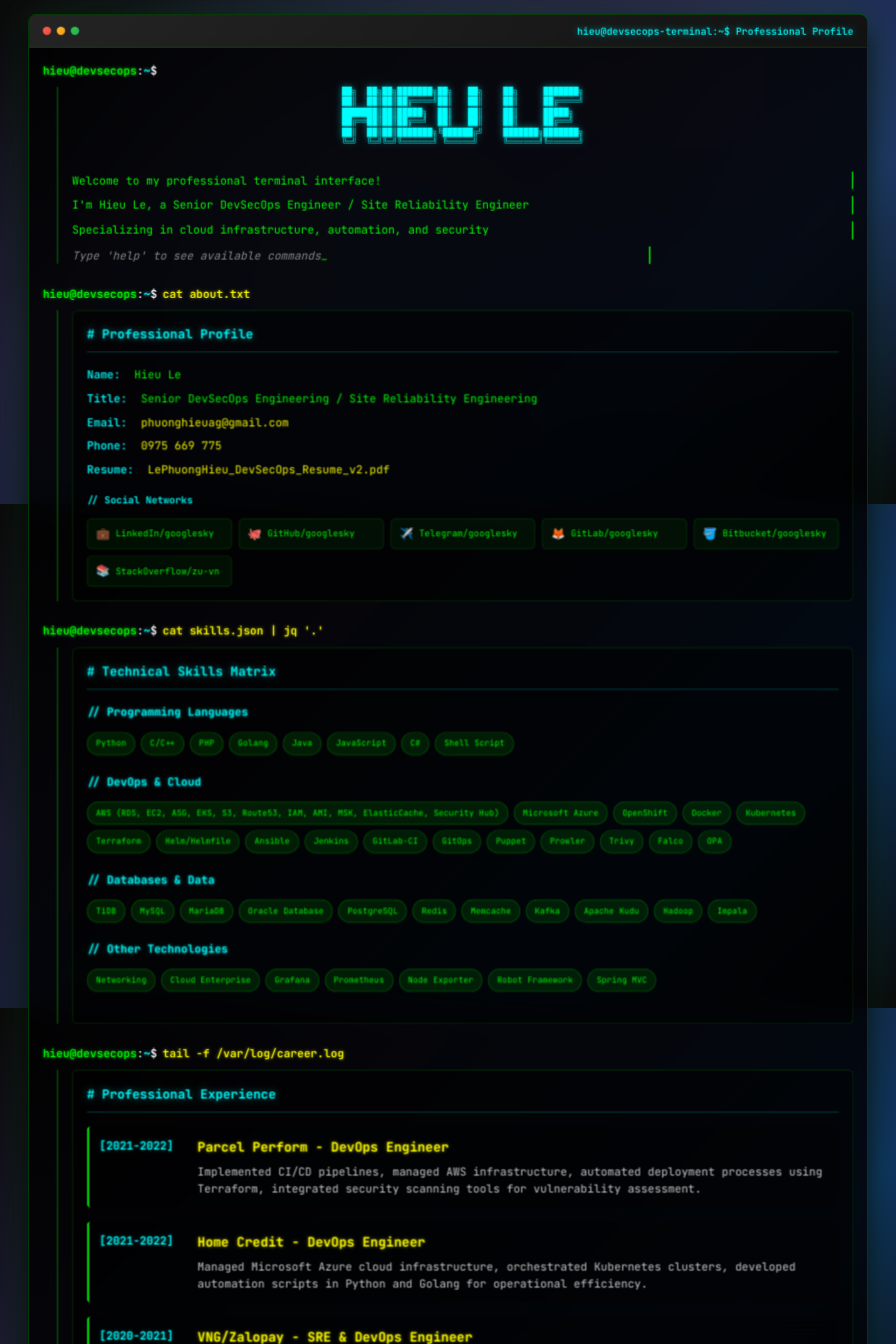
Repository: googlesky/googlesky.github.io
Page: index.html
An editor plug-in stored every save of this project. The page is shown before and after the next save, followed by the edit.
The browser window is 1280 px wide. The pictures show the part of the page from y = 0 to 1920 px (the page is 3366 px tall before and 3400 px after), at 70% of full size.
Backgrounds fixed to the window are drawn as part of the page.

Above is the page before, as saved 2025-06-07 16:14:46.

### index.html
<!DOCTYPE html>
<html lang="en">
<head>
    <meta charset="UTF-8">
    <meta name="viewport" content="width=device-width, initial-scale=1.0">
    <title>Hieu Le - Senior DevSecOps / SRE Engineer</title>
    <meta name="description" content="Hieu Le - Senior DevSecOps Engineering / Site Reliability Engineering professional with expertise in AWS, Kubernetes, Python, and cloud infrastructure.">
    <meta name="keywords" content="DevSecOps, SRE, Site Reliability Engineering, AWS, Kubernetes, Python, Docker, Terraform, CI/CD">
    <link rel="stylesheet" href="style.css">
    <link rel="preconnect" href="https://fonts.googleapis.com">
    <link rel="preconnect" href="https://fonts.gstatic.com" crossorigin>
    <link href="https://fonts.googleapis.com/css2?family=JetBrains+Mono:wght@300;400;500;600;700&display=swap" rel="stylesheet">
</head>
<body>
    <div class="terminal-container">
        <!-- Terminal Window Header -->
        <div class="terminal-header">
            <div class="terminal-controls">
                <span class="control close"></span>
                <span class="control minimize"></span>
                <span class="control maximize"></span>
            </div>
            <div class="terminal-title">hieu@devsecops-terminal:~$ Professional Profile</div>
        </div>

        <!-- Terminal Content -->
        <div class="terminal-content">
            <!-- Welcome Section -->
            <section id="welcome" class="terminal-section">
                <div class="prompt">
                    <span class="user">hieu@devsecops</span><span class="separator">:</span><span class="path">~</span><span class="dollar">$</span>
                </div>
                <div class="command-output">
                    <pre class="ascii-art">
██╗  ██╗██╗███████╗██╗   ██╗    ██╗     ███████╗
██║  ██║██║██╔════╝██║   ██║    ██║     ██╔════╝
███████║██║█████╗  ██║   ██║    ██║     █████╗
██╔══██║██║██╔══╝  ██║   ██║    ██║     ██╔══╝
██║  ██║██║███████╗╚██████╔╝    ███████╗███████╗
╚═╝  ╚═╝╚═╝╚══════╝ ╚═════╝     ╚══════╝╚══════╝
                    </pre>
                    <div class="typing-text">
                        <p>Welcome to my professional terminal interface!</p>
                        <p>I'm Hieu Le, a Senior DevSecOps Engineer / Site Reliability Engineer</p>
                        <p>Specializing in cloud infrastructure, automation, and security</p>
                        <p class="hint">Type 'help' to see available commands<span class="cursor">_</span></p>
                    </div>
                </div>
            </section>

            <!-- About Section -->
            <section id="about" class="terminal-section">
                <div class="prompt">
                    <span class="user">hieu@devsecops</span><span class="separator">:</span><span class="path">~</span><span class="dollar">$</span>
                    <span class="command">cat about.txt</span>
                </div>
                <div class="command-output">
                    <div class="info-card">
                        <h2 class="section-title"># Professional Profile</h2>
                        <div class="profile-info">
                            <p><span class="label">Name:</span> Hieu Le</p>
                            <p><span class="label">Title:</span> Senior DevSecOps Engineering / Site Reliability Engineering</p>
                            <p><span class="label">Email:</span> <a href="mailto:phuonghieuag@gmail.com">phuonghieuag@gmail.com</a></p>
                            <p><span class="label">Phone:</span> <a href="tel:+84975669775">0975 669 775</a></p>
                            <p><span class="label">Resume:</span> <a href="LePhuongHieu_DevSecOps_Resume_v2.pdf" target="_blank">LePhuongHieu_DevSecOps_Resume_v2.pdf</a></p>
                        </div>
                        <div class="social-links">
                            <h3>// Social Networks</h3>
                            <div class="social-grid">
                                <a href="https://linkedin.com/in/googlesky" target="_blank" class="social-link">
                                    <span class="social-icon">💼</span> LinkedIn/googlesky
                                </a>
                                <a href="https://github.com/googlesky" target="_blank" class="social-link">
                                    <span class="social-icon">🐙</span> GitHub/googlesky
                                </a>
                                <a href="https://t.me/googlesky" target="_blank" class="social-link">
                                    <span class="social-icon">✈️</span> Telegram/googlesky
                                </a>
                                <a href="https://gitlab.com/googlesky" target="_blank" class="social-link">
                                    <span class="social-icon">🦊</span> GitLab/googlesky
                                </a>
                                <a href="https://bitbucket.org/googlesky" target="_blank" class="social-link">
                                    <span class="social-icon">🪣</span> Bitbucket/googlesky
                                </a>
                                <a href="https://stackoverflow.com/users/9845363/zu-vn" target="_blank" class="social-link">
                                    <span class="social-icon">📚</span> StackOverflow/zu-vn
                                </a>
                            </div>
                        </div>
                    </div>
                </div>
            </section>

            <!-- Skills Section -->
            <section id="skills" class="terminal-section">
                <div class="prompt">
                    <span class="user">hieu@devsecops</span><span class="separator">:</span><span class="path">~</span><span class="dollar">$</span>
                    <span class="command">cat skills.json | jq '.'</span>
                </div>
                <div class="command-output">
                    <div class="skills-matrix">
                        <h2 class="section-title"># Technical Skills Matrix</h2>

                        <div class="skill-category">
                            <h3 class="category-title">// Programming Languages</h3>
                            <div class="skill-items">
                                <span class="skill-item">Python</span>
                                <span class="skill-item">C/C++</span>
                                <span class="skill-item">PHP</span>
                                <span class="skill-item">Golang</span>
                                <span class="skill-item">Java</span>
                                <span class="skill-item">JavaScript</span>
                                <span class="skill-item">C#</span>
                                <span class="skill-item">Shell Script</span>
                            </div>
                        </div>

                        <div class="skill-category">
                            <h3 class="category-title">// DevOps & Cloud</h3>
                            <div class="skill-items">
                                <span class="skill-item">AWS (RDS, EC2, ASG, EKS, S3, Route53, IAM, AMI, MSK, ElasticCache, Security Hub)</span>
                                <span class="skill-item">Microsoft Azure</span>
                                <span class="skill-item">OpenShift</span>
                                <span class="skill-item">Docker</span>
                                <span class="skill-item">Kubernetes</span>
                                <span class="skill-item">Terraform</span>
                                <span class="skill-item">Helm/Helmfile</span>
                                <span class="skill-item">Ansible</span>
                                <span class="skill-item">Jenkins</span>
                                <span class="skill-item">GitLab-CI</span>
                                <span class="skill-item">GitOps</span>
                                <span class="skill-item">Puppet</span>
                                <span class="skill-item">Prowler</span>
                                <span class="skill-item">Trivy</span>
                                <span class="skill-item">Falco</span>
                                <span class="skill-item">OPA</span>
                            </div>
                        </div>

                        <div class="skill-category">
                            <h3 class="category-title">// Databases & Data</h3>
                            <div class="skill-items">
                                <span class="skill-item">TiDB</span>
                                <span class="skill-item">MySQL</span>
                                <span class="skill-item">MariaDB</span>
                                <span class="skill-item">Oracle Database</span>
                                <span class="skill-item">PostgreSQL</span>
                                <span class="skill-item">Redis</span>
                                <span class="skill-item">Memcache</span>
                                <span class="skill-item">Kafka</span>
                                <span class="skill-item">Apache Kudu</span>
                                <span class="skill-item">Hadoop</span>
                                <span class="skill-item">Impala</span>
                            </div>
                        </div>

                        <div class="skill-category">
                            <h3 class="category-title">// Other Technologies</h3>
                            <div class="skill-items">
                                <span class="skill-item">Networking</span>
                                <span class="skill-item">Cloud Enterprise</span>
                                <span class="skill-item">Grafana</span>
                                <span class="skill-item">Prometheus</span>
                                <span class="skill-item">Node Exporter</span>
                                <span class="skill-item">Robot Framework</span>
                                <span class="skill-item">Spring MVC</span>
                            </div>
                        </div>
                    </div>
                </div>
            </section>

            <!-- Experience Section -->
            <section id="experience" class="terminal-section">
                <div class="prompt">
                    <span class="user">hieu@devsecops</span><span class="separator">:</span><span class="path">~</span><span class="dollar">$</span>
                    <span class="command">tail -f /var/log/career.log</span>
                </div>
                <div class="command-output">
                    <div class="experience-timeline">
                        <h2 class="section-title"># Professional Experience</h2>

                        <div class="log-entry">
                            <div class="log-timestamp">[2021-2022]</div>
                            <div class="log-content">
                                <h3 class="company">Parcel Perform - DevOps Engineer</h3>
                                <p>Implemented CI/CD pipelines, managed AWS infrastructure, automated deployment processes using Terraform, integrated security scanning tools for vulnerability assessment.</p>
                            </div>
                        </div>

                        <div class="log-entry">
                            <div class="log-timestamp">[2021-2022]</div>
                            <div class="log-content">
                                <h3 class="company">Home Credit - DevOps Engineer</h3>
                                <p>Managed Microsoft Azure cloud infrastructure, orchestrated Kubernetes clusters, developed automation scripts in Python and Golang for operational efficiency.</p>
                            </div>
                        </div>

                        <div class="log-entry">
                            <div class="log-timestamp">[2020-2021]</div>
                            <div class="log-content">
                                <h3 class="company">VNG/Zalopay - SRE & DevOps Engineer</h3>
                                <p>Maintained critical infrastructure services, managed Kubernetes environments, optimized TiDB and MySQL database performance, ensured system reliability and scalability.</p>
                            </div>
                        </div>

                        <div class="log-entry">
                            <div class="log-timestamp">[2018-2020]</div>
                            <div class="log-content">
                                <h3 class="company">TMA - Multiple Projects</h3>
                                <p>Contributed to diverse projects in healthcare, banking, and CDN sectors. Developed scalable solutions and implemented best practices across various technology stacks.</p>
                            </div>
                        </div>

                        <div class="log-entry">
                            <div class="log-timestamp">[2012-2017]</div>
                            <div class="log-content">
                                <h3 class="company">HDVnBits.Org - System Administrator</h3>
                                <p>Administered P2P systems and Linux server environments, managed system security and performance optimization.</p>
                            </div>
                        </div>

                        <div class="log-entry">
                            <div class="log-timestamp">[2015-2018]</div>
                            <div class="log-content">
                                <h3 class="company">Can Tho University - Education</h3>
                                <p>Bachelor's Degree in Communications and Computer Networks</p>
                            </div>
                        </div>

                        <div class="log-entry">
                            <div class="log-timestamp">[Certified]</div>
                            <div class="log-content">
                                <h3 class="company">Professional Certifications</h3>
                                <p>CCNA (Cisco Certified Network Associate), ACM ICPC (International Collegiate Programming Contest)</p>
                            </div>
                        </div>
                    </div>
                </div>
            </section>

            <!-- Interactive Terminal -->
            <section id="terminal" class="terminal-section">
                <div class="interactive-terminal">
                    <h2 class="section-title"># Interactive Terminal</h2>
                    <div class="terminal-output" id="terminal-output"></div>
                    <div class="terminal-input-line">
                        <span class="prompt-inline">
                            <span class="user">visitor@hieu-terminal</span><span class="separator">:</span><span class="path">~</span><span class="dollar">$</span>
                        </span>
                        <input type="text" id="terminal-input" class="terminal-input" autocomplete="off" spellcheck="false">
                        <span class="terminal-cursor">_</span>
                    </div>
                </div>
            </section>

            <!-- Contact Section -->
            <section id="contact" class="terminal-section">
                <div class="prompt">
                    <span class="user">hieu@devsecops</span><span class="separator">:</span><span class="path">~</span><span class="dollar">$</span>
                    <span class="command">echo "Ready for opportunities!"</span>
                </div>
                <div class="command-output">
                    <div class="contact-info">
                        <h2 class="section-title"># Let's Connect</h2>
                        <p class="cta-text">Ready for new DevSecOps and SRE challenges!</p>
                        <p class="cta-text">Open to discussing cloud infrastructure, automation, and security opportunities.</p>

                        <div class="contact-methods">
                            <a href="mailto:phuonghieuag@gmail.com" class="contact-button">
                                📧 Send Email
                            </a>
                            <a href="tel:+84975669775" class="contact-button">
                                📞 Call Me
                            </a>
                            <a href="LePhuongHieu_DevSecOps_Resume_v2.pdf" target="_blank" class="contact-button">
                                📄 Download Resume
                            </a>
                        </div>
                    </div>
                </div>
            </section>
        </div>

        <!-- Terminal Footer -->
        <div class="terminal-footer">
            <div class="status-bar">
                <span class="status-item">Online</span>
                <span class="status-item">Available for hire</span>
                <span class="status-item" id="current-time"></span>
            </div>
        </div>
    </div>

    <script src="script.js"></script>
</body>
</html>

Loaded but not shown: script.js (617 lines, source omitted); style.css (685 lines, source omitted)

After the next save:
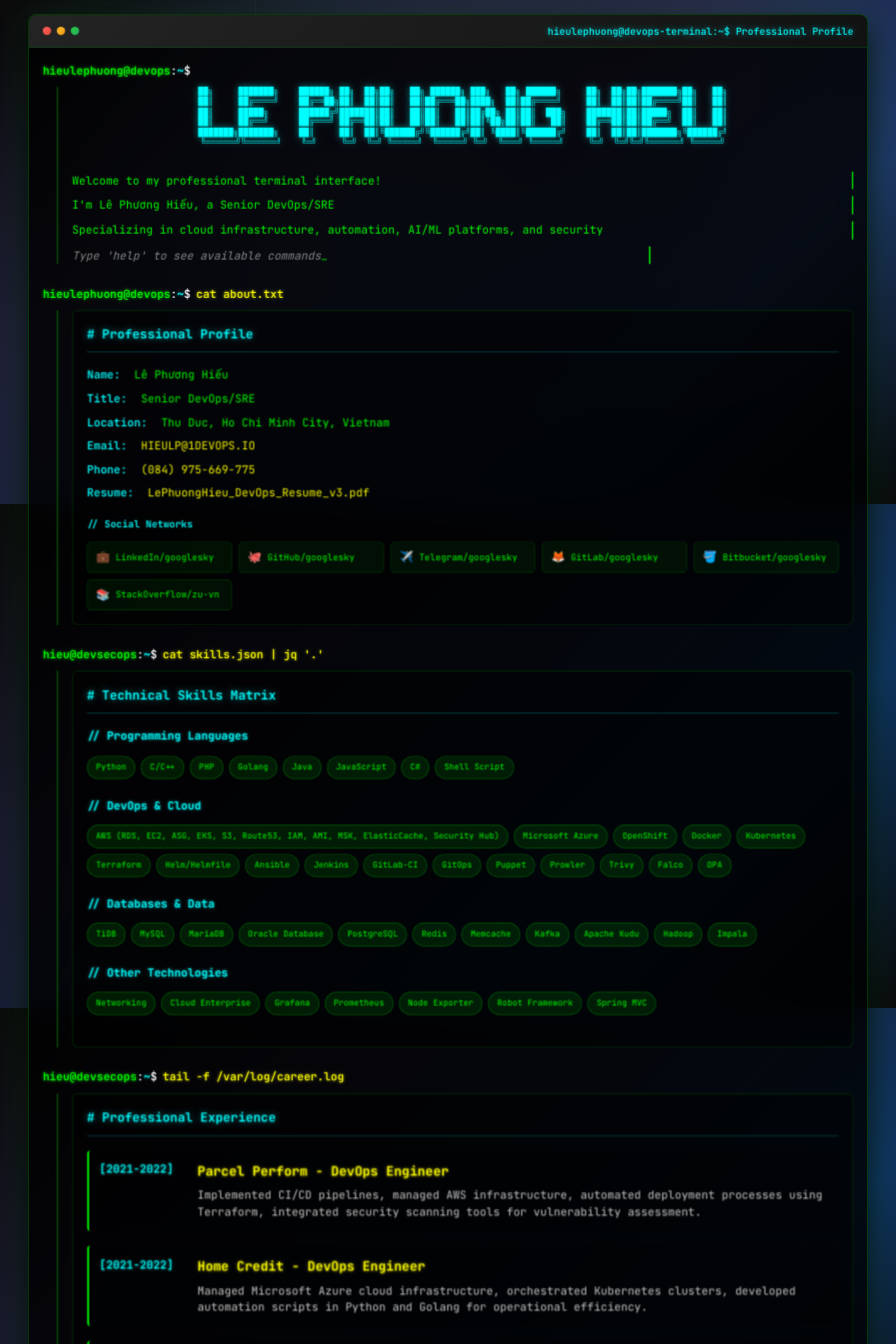
Saved 20 h 21 min later.
--- a/index.html
+++ b/index.html
@@ -3,9 +3,9 @@
 <head>
     <meta charset="UTF-8">
     <meta name="viewport" content="width=device-width, initial-scale=1.0">
-    <title>Hieu Le - Senior DevSecOps / SRE Engineer</title>
-    <meta name="description" content="Hieu Le - Senior DevSecOps Engineering / Site Reliability Engineering professional with expertise in AWS, Kubernetes, Python, and cloud infrastructure.">
-    <meta name="keywords" content="DevSecOps, SRE, Site Reliability Engineering, AWS, Kubernetes, Python, Docker, Terraform, CI/CD">
+    <title>Lê Phương Hiếu - Senior DevOps/SRE</title>
+    <meta name="description" content="Lê Phương Hiếu - Senior DevOps/SRE professional with expertise in AWS, Azure, Kubernetes, Golang, Python, and cloud infrastructure.">
+    <meta name="keywords" content="DevOps, SRE, Site Reliability Engineering, AWS, Azure, Kubernetes, Golang, Python, Docker, Terraform, CI/CD">
     <link rel="stylesheet" href="style.css">
     <link rel="preconnect" href="https://fonts.googleapis.com">
     <link rel="preconnect" href="https://fonts.gstatic.com" crossorigin>
@@ -20,7 +20,7 @@
                 <span class="control minimize"></span>
                 <span class="control maximize"></span>
             </div>
-            <div class="terminal-title">hieu@devsecops-terminal:~$ Professional Profile</div>
+            <div class="terminal-title">hieulephuong@devops-terminal:~$ Professional Profile</div>
         </div>
 
         <!-- Terminal Content -->
@@ -28,21 +28,21 @@
             <!-- Welcome Section -->
             <section id="welcome" class="terminal-section">
                 <div class="prompt">
-                    <span class="user">hieu@devsecops</span><span class="separator">:</span><span class="path">~</span><span class="dollar">$</span>
+                    <span class="user">hieulephuong@devops</span><span class="separator">:</span><span class="path">~</span><span class="dollar">$</span>
                 </div>
                 <div class="command-output">
                     <pre class="ascii-art">
-██╗  ██╗██╗███████╗██╗   ██╗    ██╗     ███████╗
-██║  ██║██║██╔════╝██║   ██║    ██║     ██╔════╝
-███████║██║█████╗  ██║   ██║    ██║     █████╗
-██╔══██║██║██╔══╝  ██║   ██║    ██║     ██╔══╝
-██║  ██║██║███████╗╚██████╔╝    ███████╗███████╗
-╚═╝  ╚═╝╚═╝╚══════╝ ╚═════╝     ╚══════╝╚══════╝
+██╗     ███████╗    ██████╗ ██╗  ██╗██╗   ██╗ ██████╗ ███╗   ██╗ ██████╗     ██╗  ██╗██╗███████╗██╗   ██╗
+██║     ██╔════╝    ██╔══██╗██║  ██║██║   ██║██╔═══██╗████╗  ██║██╔════╝     ██║  ██║██║██╔════╝██║   ██║
+██║     █████╗      ██████╔╝███████║██║   ██║██║   ██║██╔██╗ ██║██║  ███╗    ███████║██║█████╗  ██║   ██║
+██║     ██╔══╝      ██╔═══╝ ██╔══██║██║   ██║██║   ██║██║╚██╗██║██║   ██║    ██╔══██║██║██╔══╝  ██║   ██║
+███████╗███████╗    ██║     ██║  ██║╚██████╔╝╚██████╔╝██║ ╚████║╚██████╔╝    ██║  ██║██║███████╗╚██████╔╝
+╚══════╝╚══════╝    ╚═╝     ╚═╝  ╚═╝ ╚═════╝  ╚═════╝ ╚═╝  ╚═══╝ ╚═════╝     ╚═╝  ╚═╝╚═╝╚══════╝ ╚═════╝
                     </pre>
                     <div class="typing-text">
                         <p>Welcome to my professional terminal interface!</p>
-                        <p>I'm Hieu Le, a Senior DevSecOps Engineer / Site Reliability Engineer</p>
-                        <p>Specializing in cloud infrastructure, automation, and security</p>
+                        <p>I'm Lê Phương Hiếu, a Senior DevOps/SRE</p>
+                        <p>Specializing in cloud infrastructure, automation, AI/ML platforms, and security</p>
                         <p class="hint">Type 'help' to see available commands<span class="cursor">_</span></p>
                     </div>
                 </div>
@@ -51,18 +51,19 @@
             <!-- About Section -->
             <section id="about" class="terminal-section">
                 <div class="prompt">
-                    <span class="user">hieu@devsecops</span><span class="separator">:</span><span class="path">~</span><span class="dollar">$</span>
+                    <span class="user">hieulephuong@devops</span><span class="separator">:</span><span class="path">~</span><span class="dollar">$</span>
                     <span class="command">cat about.txt</span>
                 </div>
                 <div class="command-output">
                     <div class="info-card">
                         <h2 class="section-title"># Professional Profile</h2>
                         <div class="profile-info">
-                            <p><span class="label">Name:</span> Hieu Le</p>
-                            <p><span class="label">Title:</span> Senior DevSecOps Engineering / Site Reliability Engineering</p>
-                            <p><span class="label">Email:</span> <a href="mailto:phuonghieuag@gmail.com">phuonghieuag@gmail.com</a></p>
-                            <p><span class="label">Phone:</span> <a href="tel:+84975669775">0975 669 775</a></p>
-                            <p><span class="label">Resume:</span> <a href="LePhuongHieu_DevSecOps_Resume_v2.pdf" target="_blank">LePhuongHieu_DevSecOps_Resume_v2.pdf</a></p>
+                            <p><span class="label">Name:</span> Lê Phương Hiếu</p>
+                            <p><span class="label">Title:</span> Senior DevOps/SRE</p>
+                            <p><span class="label">Location:</span> Thu Duc, Ho Chi Minh City, Vietnam</p>
+                            <p><span class="label">Email:</span> <a href="mailto:HIEULP@1DEVOPS.IO">HIEULP@1DEVOPS.IO</a></p>
+                            <p><span class="label">Phone:</span> <a href="tel:+84975669775">(084) 975-669-775</a></p>
+                            <p><span class="label">Resume:</span> <a href="LePhuongHieu_DevOps_Resume_v3.pdf" target="_blank">LePhuongHieu_DevOps_Resume_v3.pdf</a></p>
                         </div>
                         <div class="social-links">
                             <h3>// Social Networks</h3>
